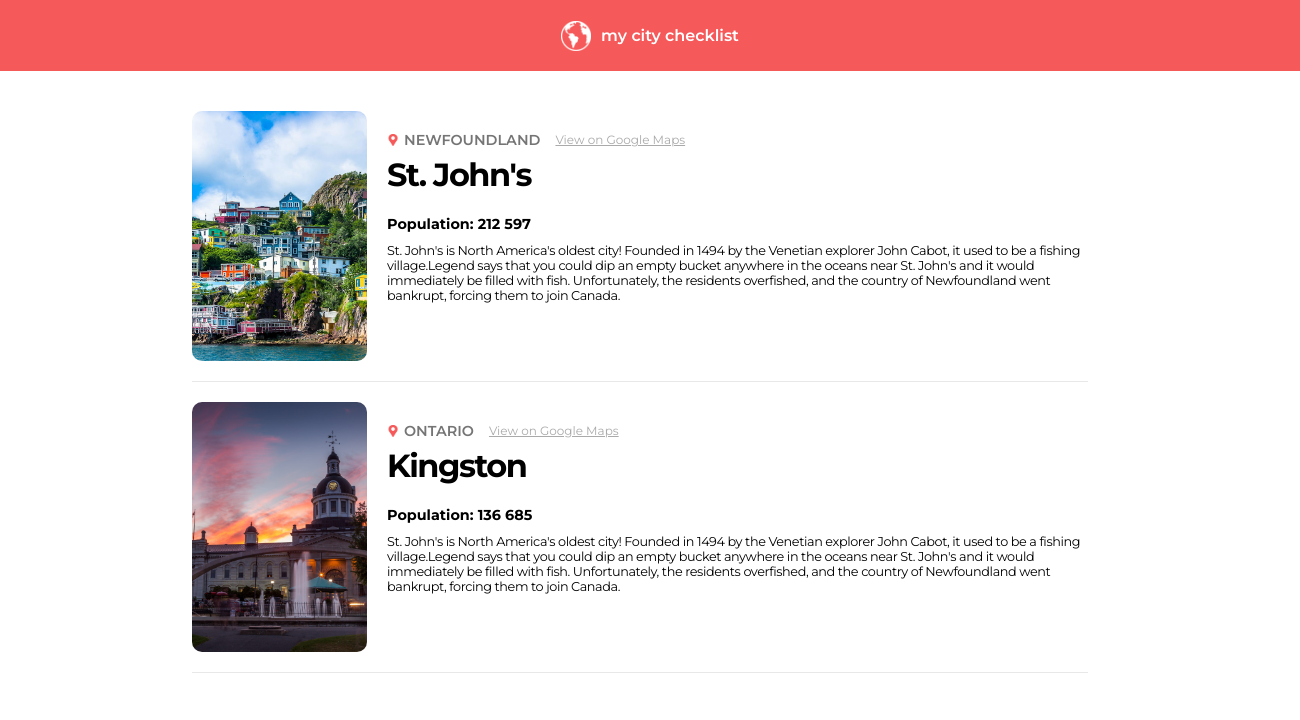
Repository: jsong552/my-city-checklist
Page: /
The author's editor kept a copy of each file at every save. The page is drawn from the files as they stood at one save, then again after the next save.
The browser window is 1280 px wide. The page is 1300 px wide, so the pictures cover 1300 px, including what lies to the right of the window. The pictures show the whole page.
The project was rebuilt for these pictures with package versions that can differ from the ones it lists, and the page was loaded fresh each time. Imported but missing from the stored project, and not drawn on this page: src/reportWebVitals.

Above is the page before, as saved 2023-12-29 21:05:34.

After the next save:
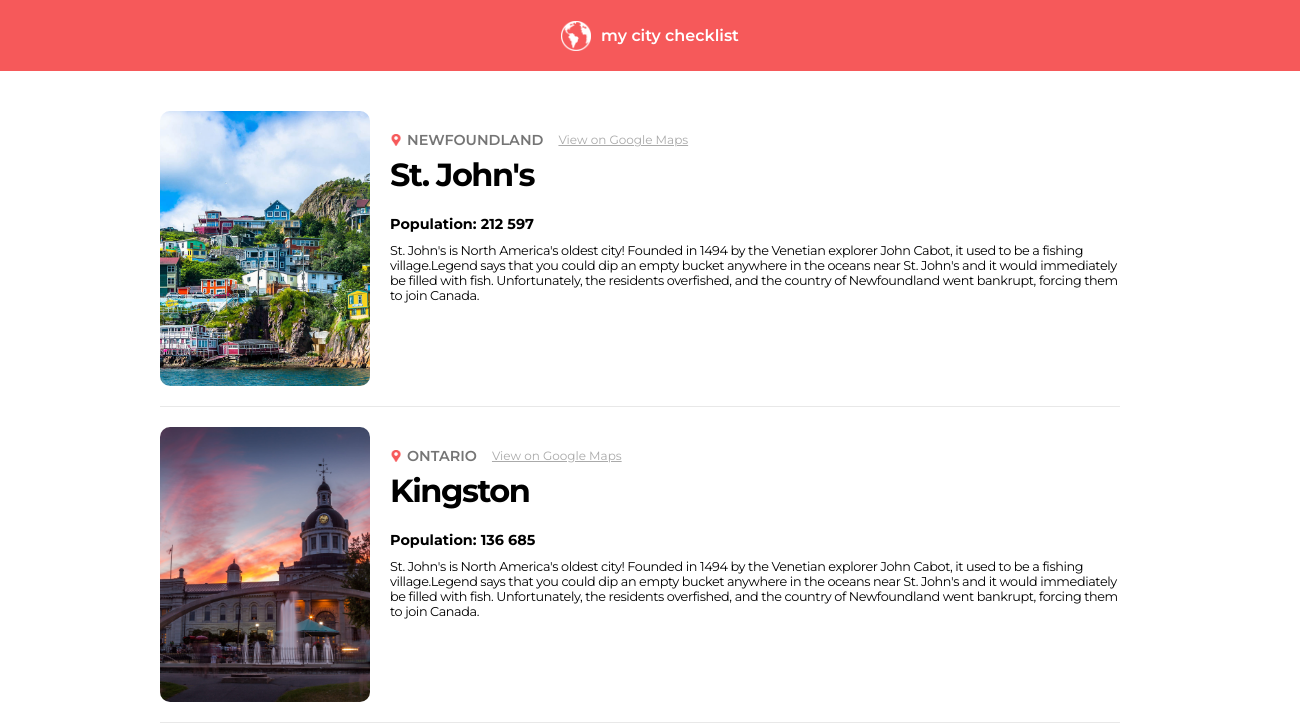
Saved 2 min 46 s later.
--- a/src/index.css
+++ b/src/index.css
@@ -36,12 +36,12 @@ body {
     border-bottom: 1px solid #bbbbbb55;
     display: flex;
     font-family: Montserrat;
-    width: 70%;
+    width: 75%;
 }
 
 .imageOfLocation {
-    height: 250px;
-    width: 175px;
+    height: 275px;
+    width: 210px;
     border-radius: 10px;
     object-fit: cover;
 }
